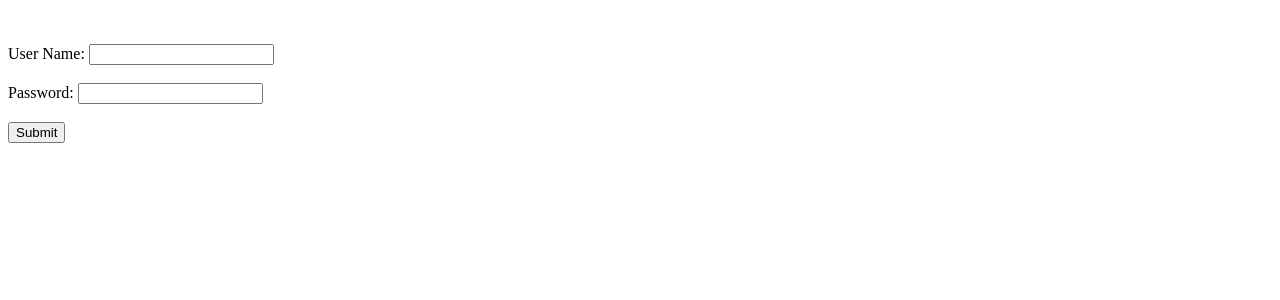
Repository: J2EEBeliever/ISA681_Poker2
Page: http://localhost/StrutsAjax/Logon.jsp
These files come from the project's save history. The page is drawn as it stood at one moment and after the next save; the edit follows.
The browser window is 1280 px wide. The pictures show the whole page.
The page is served by Tomcat 9. Nobody is signed in. The application's start-up code is not run. Other server files are loaded and not shown.

Above is the page before, as saved 2015-12-01 16:29:03.

### SOURCE/StrutsAjax/WebContent/Logon.jsp
<%@ page language="java" contentType="text/html; charset=ISO-8859-1"
    pageEncoding="ISO-8859-1"%>
<!DOCTYPE html PUBLIC "-//W3C//DTD HTML 4.01 Transitional//EN" "http://www.w3.org/TR/html4/loose.dtd">
<html>
<head>
<meta http-equiv="Content-Type" content="text/html; charset=ISO-8859-1">
<title>Logon to Five Card Stud Poker</title>
</head>



<body>
<form action="${pageContext.request.contextPath}/logonToFiveCardStudPoker.html"  name="logonFiveCardStudPokerForm">
<BR><BR>User Name: <input type="text" name="userName" value="">
<BR><BR>Password: <input type="password" name="password" value="">
<BR><BR><input type="submit" name="submit">
</form>
</body>
</html>

After the next save:
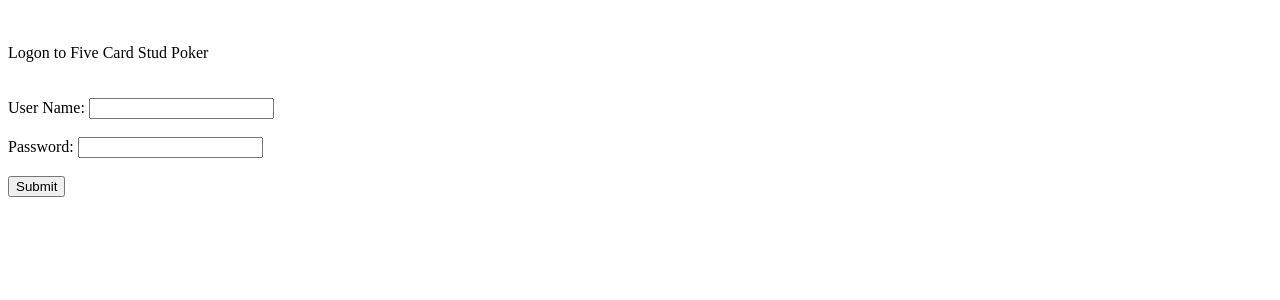
Saved 4 min 14 s later.
--- a/SOURCE/StrutsAjax/WebContent/Logon.jsp
+++ b/SOURCE/StrutsAjax/WebContent/Logon.jsp
@@ -10,6 +10,7 @@
 
 
 <body>
+<BR><BR>Logon to Five Card Stud Poker<BR>
 <form action="${pageContext.request.contextPath}/logonToFiveCardStudPoker.html"  name="logonFiveCardStudPokerForm">
 <BR><BR>User Name: <input type="text" name="userName" value="">
 <BR><BR>Password: <input type="password" name="password" value="">
